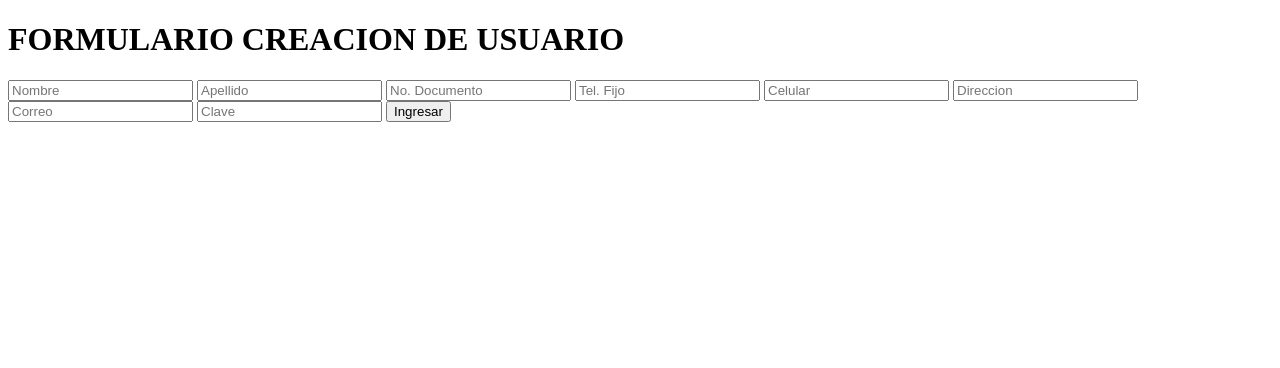
Repository: DA5CH25/kohaku_php
Page: http://localhost/kohaku_php/views/modules/ingresar.php
An editor plug-in stored every save of this project. The page is shown before and after a run of saves, followed by the edit.
The browser window is 1280 px wide. The pictures show the whole page.
The page is run by PHP 8.4 with error messages shown; the project is at /var/www/html/.

Above is the page before, as saved 2021-05-16 19:31:57.

After the next 2 saves:
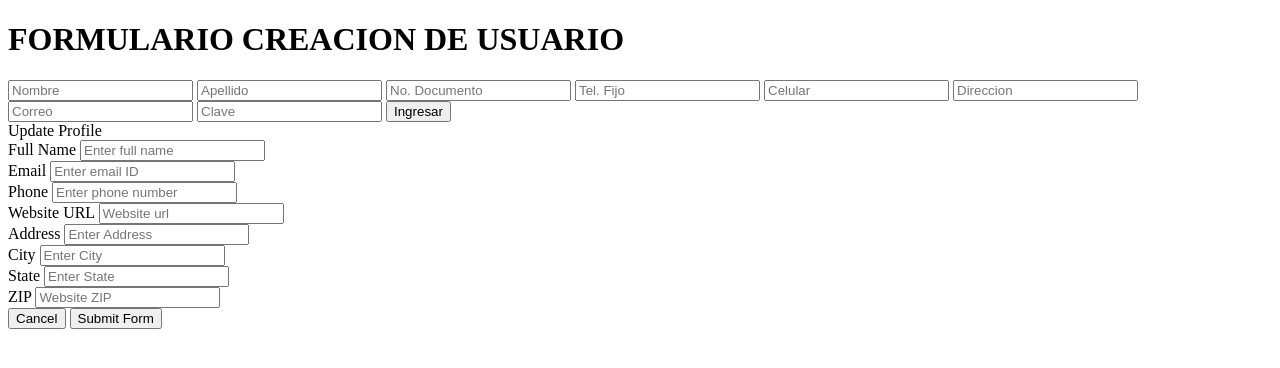
The 2 saves are shown as one change because they came seconds apart.
The last was saved 4 min 25 s later.
--- a/views/modules/ingresar.php
+++ b/views/modules/ingresar.php
@@ -21,5 +21,60 @@
 		<input name="clave" placeholder="Clave" />
 		<input type="submit" value="Ingresar" />
 	</form>
+	<div class="col-xl-9 col-lg-9 col-md-12 col-sm-12 col-12">
+							<div class="card h-100">
+								<div class="card-header">
+									<div class="card-title">Update Profile</div>
+								</div>
+								<div class="card-body">
+									<div class="row gutters">
+										<div class="col-xl-6 col-lg-6 col-md-6 col-sm-6 col-12">
+											<div class="form-group">
+												<label for="fullName">Full Name</label>
+												<input type="text" class="form-control" id="fullName" placeholder="Enter full name">
+											</div>
+											<div class="form-group">
+												<label for="eMail">Email</label>
+												<input type="email" class="form-control" id="eMail" placeholder="Enter email ID">
+											</div>
+											<div class="form-group">
+												<label for="phone">Phone</label>
+												<input type="text" class="form-control" id="phone" placeholder="Enter phone number">
+											</div>
+											<div class="form-group">
+												<label for="website">Website URL</label>
+												<input type="url" class="form-control" id="website" placeholder="Website url">
+											</div>
+										</div>
+										<div class="col-xl-6 col-lg-6 col-md-6 col-sm-6 col-12">
+											<div class="form-group">
+												<label for="addRess">Address</label>
+												<input type="text" class="form-control" id="addRess" placeholder="Enter Address">
+											</div>
+											<div class="form-group">
+												<label for="ciTy">City</label>
+												<input type="name" class="form-control" id="ciTy" placeholder="Enter City">
+											</div>
+											<div class="form-group">
+												<label for="sTate">State</label>
+												<input type="text" class="form-control" id="sTate" placeholder="Enter State">
+											</div>
+											<div class="form-group">
+												<label for="zIp">ZIP</label>
+												<input type="number" class="form-control" id="zIp" placeholder="Website ZIP">
+											</div>
+										</div>
+										<div class="col-xl-12 col-lg-12 col-md-12 col-sm-12 col-12">
+											<div class="text-right">
+												<button type="button" id="submit" name="submit" class="btn btn-white">Cancel</button>
+												<button type="button" id="submit" name="submit" class="btn btn-primary">Submit Form</button>
+											</div>
+										</div>
+									</div>
+								</div>
+							</div>
+						</div>
+					</div>
+					<!-- Row end -->
 </body>
 </html>
